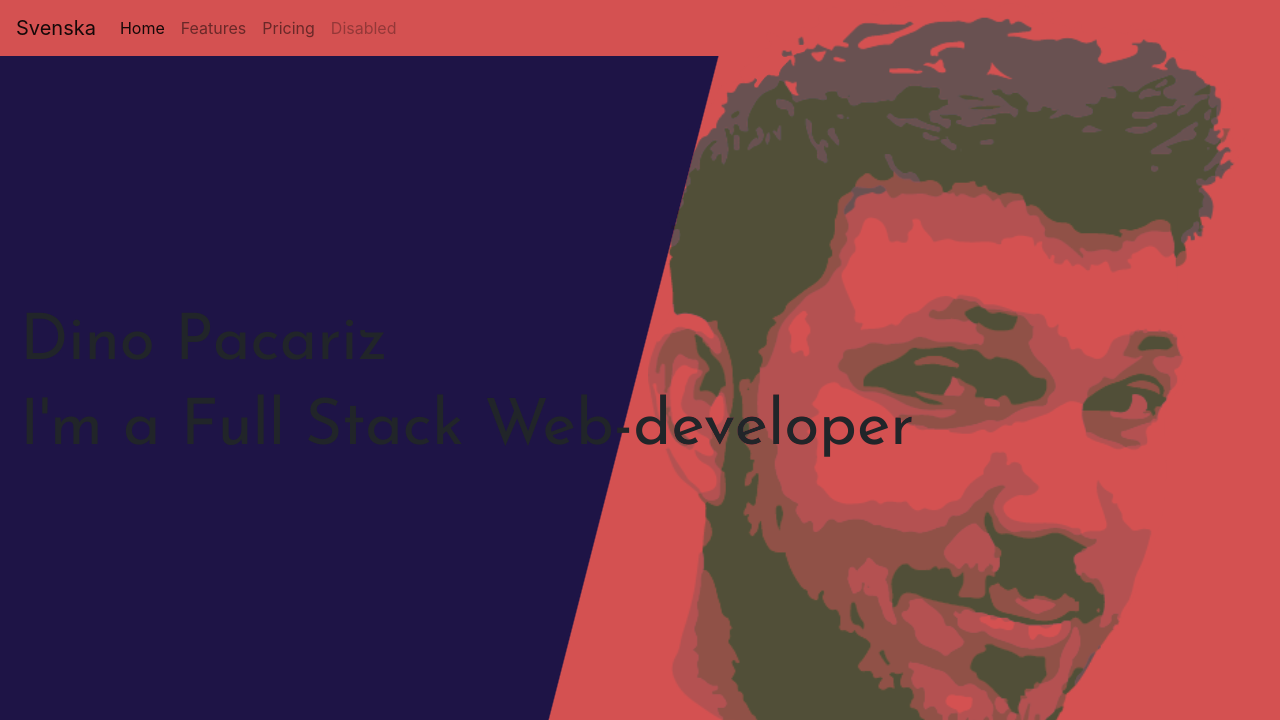
Repository: ImDino/Portfolio
Page: index.html
These files come from the project's save history. The page is drawn as it stood at one moment and after the next save; the edit follows.
The browser window is 1280 px wide. The pictures show the whole page.
Some web libraries are served in a nearby version. The style sheet was rebuilt from its Sass, Less or Tailwind sources for each picture, by a compiler version that may differ from the author's.

Above is the page before, as saved 2020-11-04 00:16:08.

After the next save:
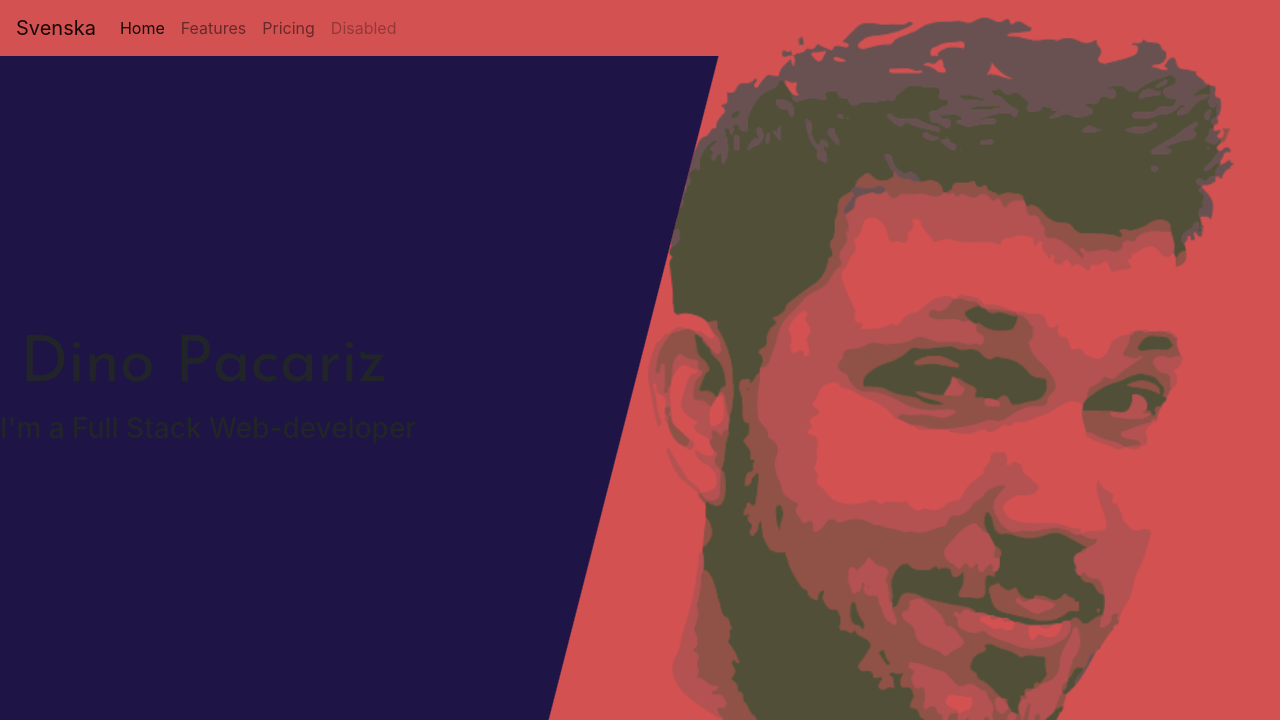
Saved 4 s later.
--- a/index.html
+++ b/index.html
@@ -42,7 +42,7 @@
     </nav>
     <div id='purple-div'>
         <h1>Dino Pacariz</h1>
-        <h4>I'm a Full Stack Web-developer</h4>
+        <h3>I'm a Full Stack Web-developer</h3>
     </div>
     <div id='face'>
         <img src="img/vectorFace.png" alt="">
